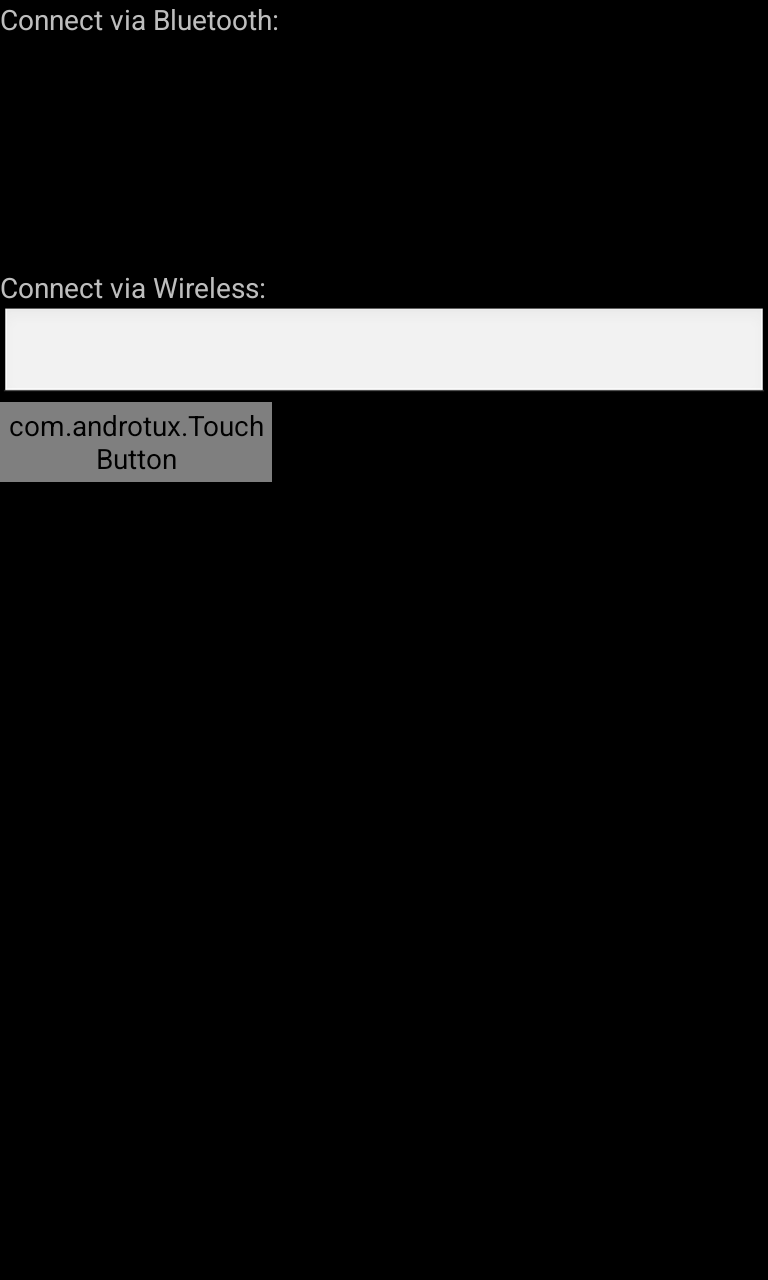
Repository: itayrom/androtux
Layout: app/AndroTux/res/layout/fragment_settings.xml
The author's editor kept a copy of each file at every save. The layout is drawn from the files as they stood at one save, then again after the next save.
Pictures or frames that could not be fetched are drawn as grey boxes. It is drawn on a 768 x 1280 px phone screen (xhdpi) without system bars, with theme android:Theme.NoTitleBar.Fullscreen; the app's code is not run. Lists and similar views that code fills are empty.

Above is the layout before, as saved 2014-09-04 23:07:36.

After the next save:
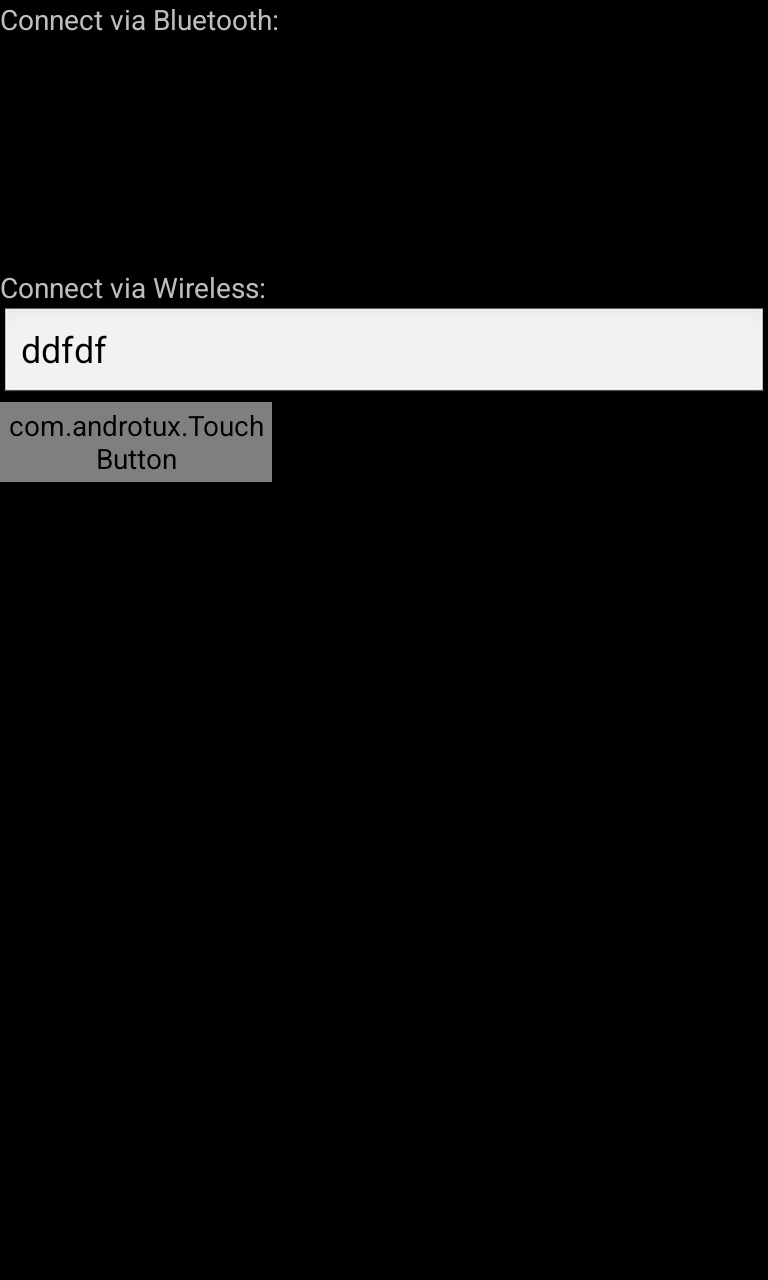
Saved 16 s later.
--- a/app/AndroTux/res/layout/fragment_settings.xml
+++ b/app/AndroTux/res/layout/fragment_settings.xml
@@ -39,6 +39,7 @@
 
     <EditText
         android:id="@+id/editText1"
+        android:text="ddfdf"
         android:layout_width="match_parent"
         android:layout_height="wrap_content"
         android:ems="10">

After the 2 saves that followed:
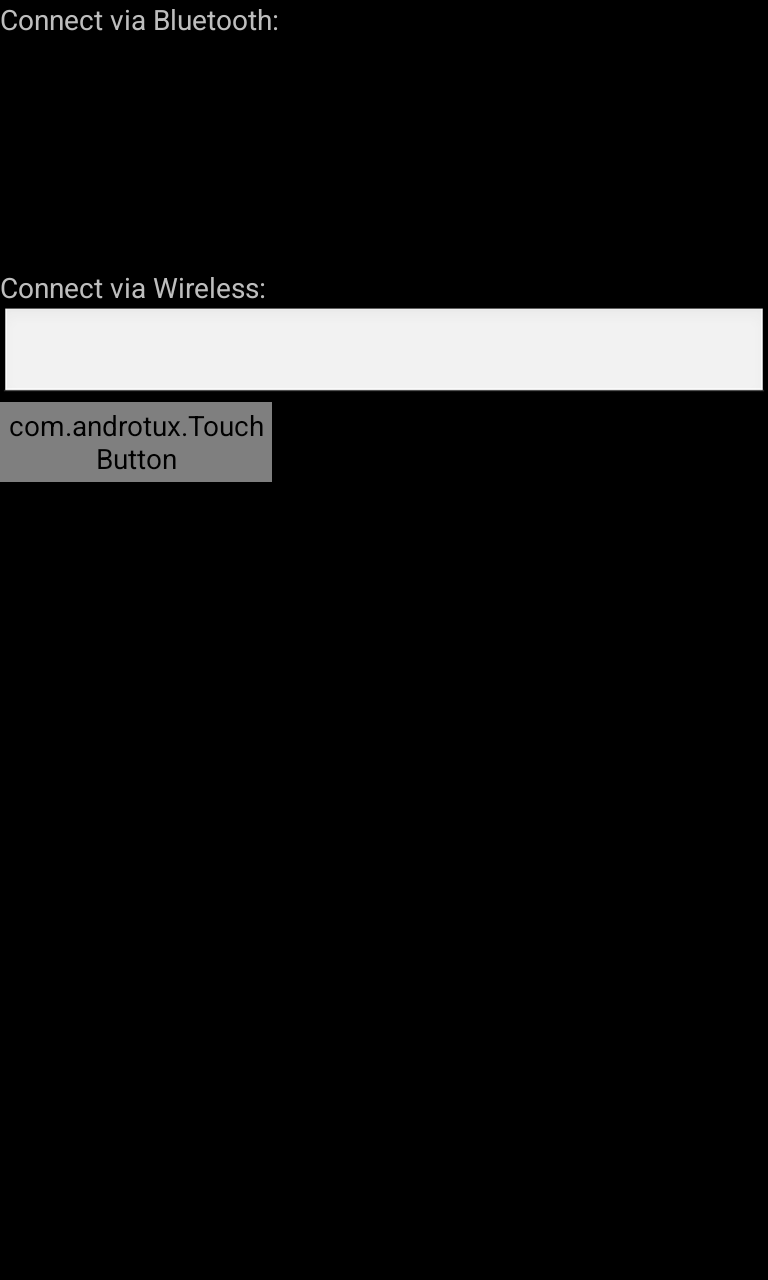
The 2 saves are shown as one change because they came seconds apart.
The last was saved 26 s later.
--- a/app/AndroTux/res/layout/fragment_settings.xml
+++ b/app/AndroTux/res/layout/fragment_settings.xml
@@ -39,12 +39,10 @@
 
     <EditText
         android:id="@+id/editText1"
-        android:text="ddfdf"
         android:layout_width="match_parent"
         android:layout_height="wrap_content"
         android:ems="10">
 	</EditText>
-
 
     <com.androtux.TouchButton
         android:id="@+id/touchButton1"
